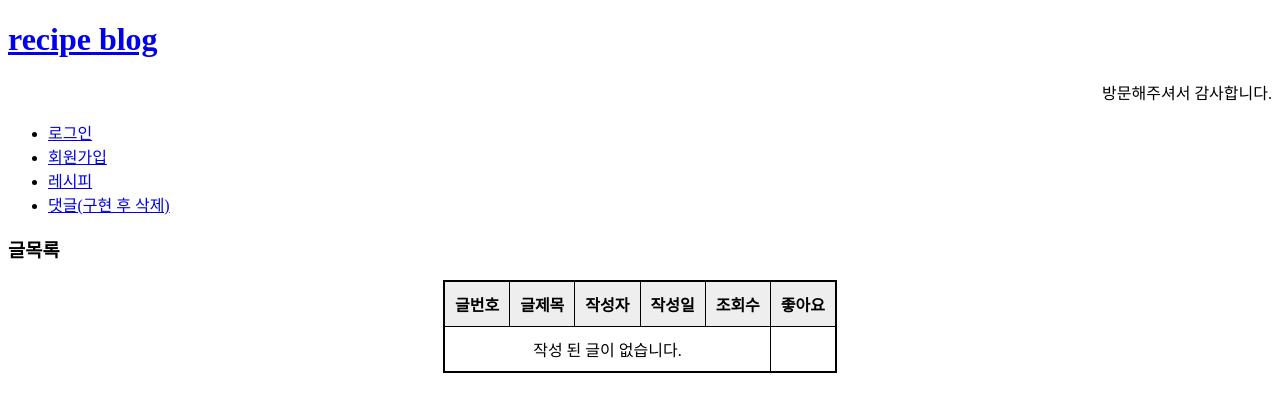
Repository: jeong-hyeran/recipe
Page: http://localhost/recipe/WEB-INF/views/board/list.jsp
An editor plug-in stored every save of this project. The page is shown before and after the next save, followed by the edit.
The browser window is 1280 px wide. The pictures show the whole page.
The page is served by Tomcat 9. Nobody is signed in. Other server files are loaded and not shown. The template is opened directly, without the code that normally fills it, so the values that code supplies are empty.

Above is the page before, as saved 2023-09-26 04:44:40.

### recipe_project/recipe/src/main/webapp/WEB-INF/views/board/list.jsp
<%@ page language="java" contentType="text/html; charset=UTF-8"
    pageEncoding="UTF-8"%>
<%@ include file="../header.jsp" %>
<div id="boardList">
<h3>글목록</h3>

<table>
	<thead>
		<tr>
			<th>글번호</th>
			<th>글제목</th>
			<th>작성자</th>
			<th>작성일</th>
			<th>조회수</th>
			<th>좋아요</th>
		</tr>
	</thead>
	<tbody>
			<tr>
				<c:if test="${empty list }">
					<td colspan="5" style="text-align: center;">
						작성 된 글이 없습니다.
					</td>
				</c:if>
			</tr>
			<c:forEach var="dto" items="${list }">
			<tr>
				<td>${dto.idx }</td>
				<td>${dto.title }</td>
				<td>${dto.member_username }</td>
				<td>${dto.wdate }</td>
				<td>${dto.viewCount }</td>
				<td>${dto.likeCount }</td>
			</tr>
		</c:forEach>
	</tbody>
</table>

</div>
</body>
</html>

### recipe_project/recipe/src/main/webapp/WEB-INF/views/header.jsp
<%@ page language="java" contentType="text/html; charset=UTF-8"
    pageEncoding="UTF-8"%>
<%@ taglib prefix="c" uri="http://java.sun.com/jsp/jstl/core" %>
<%@ taglib prefix="fmt" uri="http://java.sun.com/jsp/jstl/fmt" %>
<%@ taglib prefix="fn" uri="http://java.sun.com/jsp/jstl/functions" %>
<c:set var="cpath" value="${pageContext.request.contextPath }"/>
<!DOCTYPE html>
<html>
<head>
<meta charset="UTF-8">
<title>recipe</title>
<style>

	table{
		border : 2px solid black;
		border-collapse: collapse;
		margin: 10px auto;
		padding: 10px;
	}
	th{
		background-color: #eee;
		border: 1px solid black;
		padding: 10px;
	}
	td{
		border: 1px solid black;
		padding: 10px;
	}
</style>
</head>
<body>
<h1><a href="${cpath }">recipe blog</a></h1>
<p align="right">
<c:if test="${empty login }">
	방문해주셔서 감사합니다.
</c:if>
<c:if test="${not empty login }">
	${login.userid } [${login.username }님]
</c:if>
</p>
<header>
	<nav>
		<ul>
			<c:if test="${empty login }">
				<li><a href="${cpath }/member/login">로그인</a></li>
				<li><a href="${cpath }/member/join">회원가입</a></li>
			</c:if>
			<c:if test="${not empty login }">
				<li><a href="${cpath }/member/logout">로그아웃</a></li>
				<li><a href="${cpath }/member/mypage">My Page</a></li>
			</c:if>
			<c:if test="${not empty login }">
				<li><a href="${cpath }/board/write">글작성</a></li>
				<!-- 드랍 메뉴 구현 할 수도? -->
			</c:if>
				<li><a href="${cpath }/board/list">레시피</a></li>
				<li><a href="${cpath }/review/list">댓글(구현 후 삭제)</a></li>
		</ul>
	</nav>
</header>

After the next save:
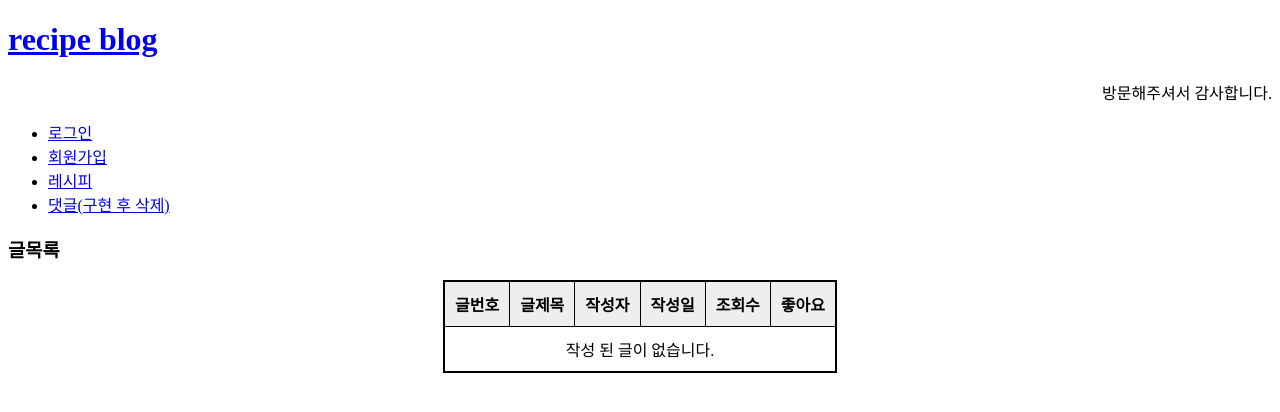
Saved 43 s later.
--- a/recipe_project/recipe/src/main/webapp/WEB-INF/views/board/list.jsp
+++ b/recipe_project/recipe/src/main/webapp/WEB-INF/views/board/list.jsp
@@ -18,7 +18,7 @@
 	<tbody>
 			<tr>
 				<c:if test="${empty list }">
-					<td colspan="5" style="text-align: center;">
+					<td colspan="6" style="text-align: center;">
 						작성 된 글이 없습니다.
 					</td>
 				</c:if>
